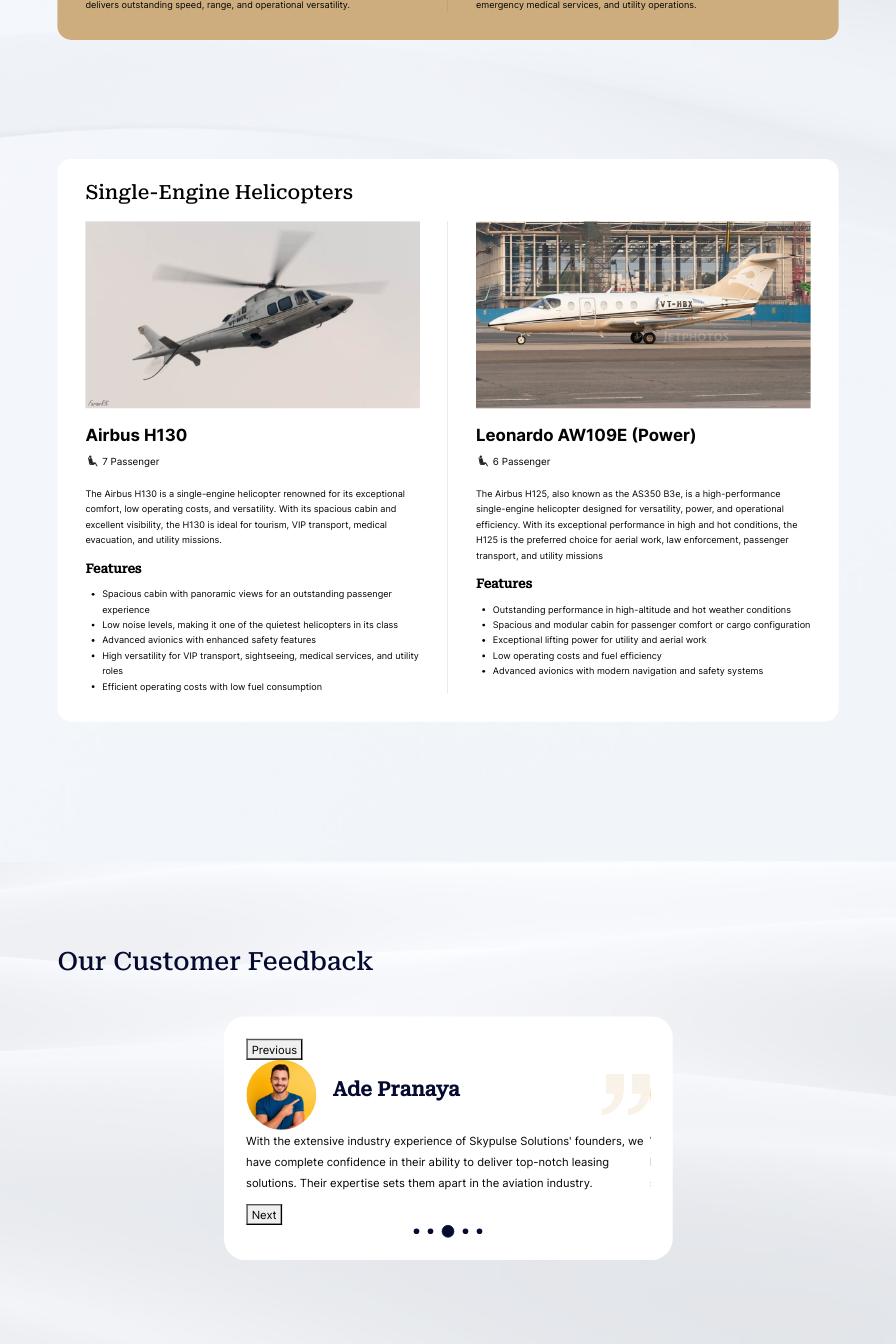
Repository: mangalravi/SkyPulse
Page: index.html
These files come from the project's save history. The page is drawn as it stood at one moment and after the next save; the edit follows.
The browser window is 1280 px wide. The pictures show the part of the page from y = 3990 to 5910 px (the page is 5910 px tall before and 5900 px after), at 70% of full size.

Above is the page before, as saved 2024-12-30 13:17:25.

After the next save:
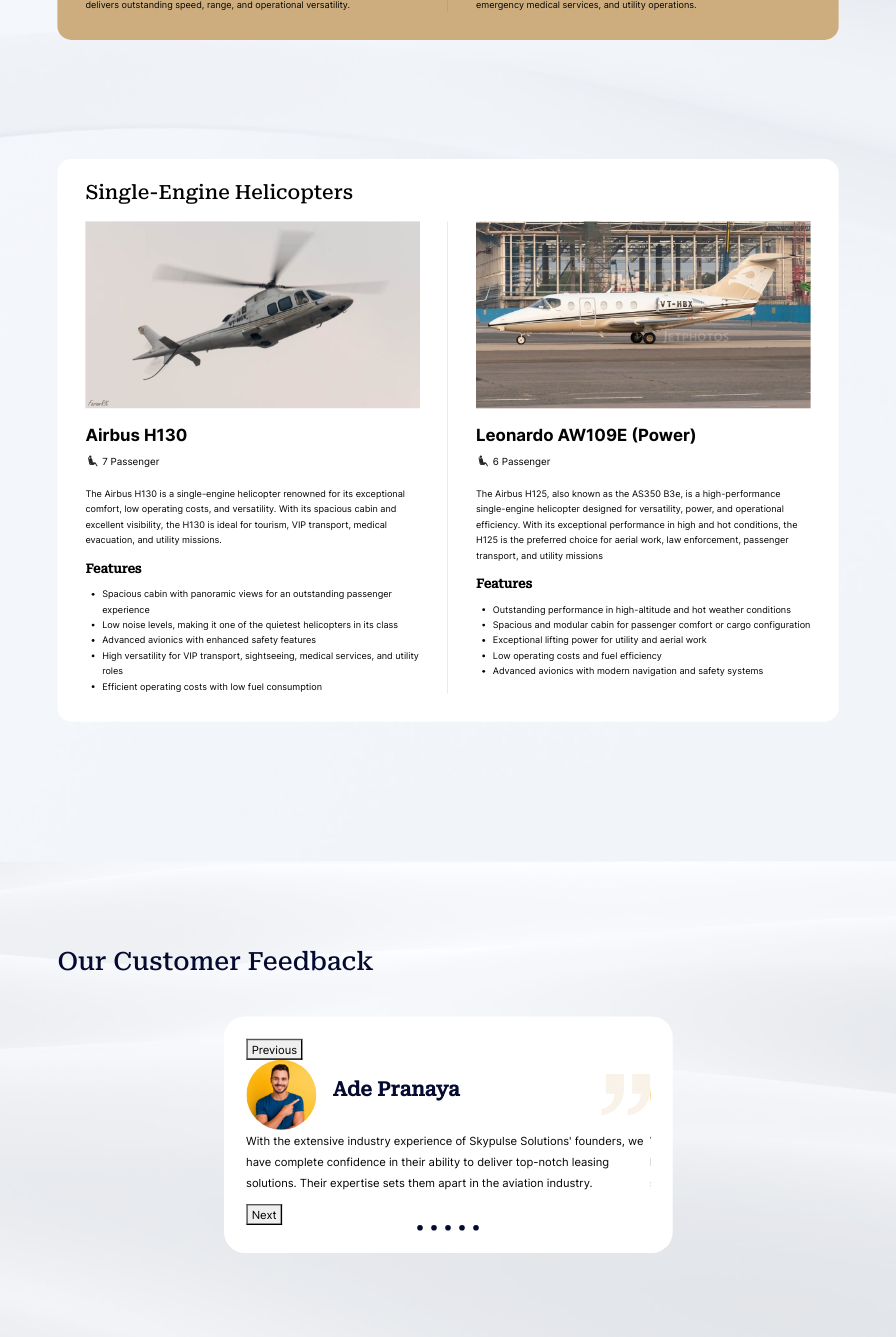
Saved 5 s later.
--- a/content/css/custom.css
+++ b/content/css/custom.css
@@ -267,7 +267,7 @@
   border-radius:50%;
   position:relative;
 }
-.slick-slider .slick-dots li.slick-active {
+.slick-slider .slick-dots li.slick-active::after {
   border: 1px solid  #050A30;
   width:1.125rem;
   height:1.125rem;
